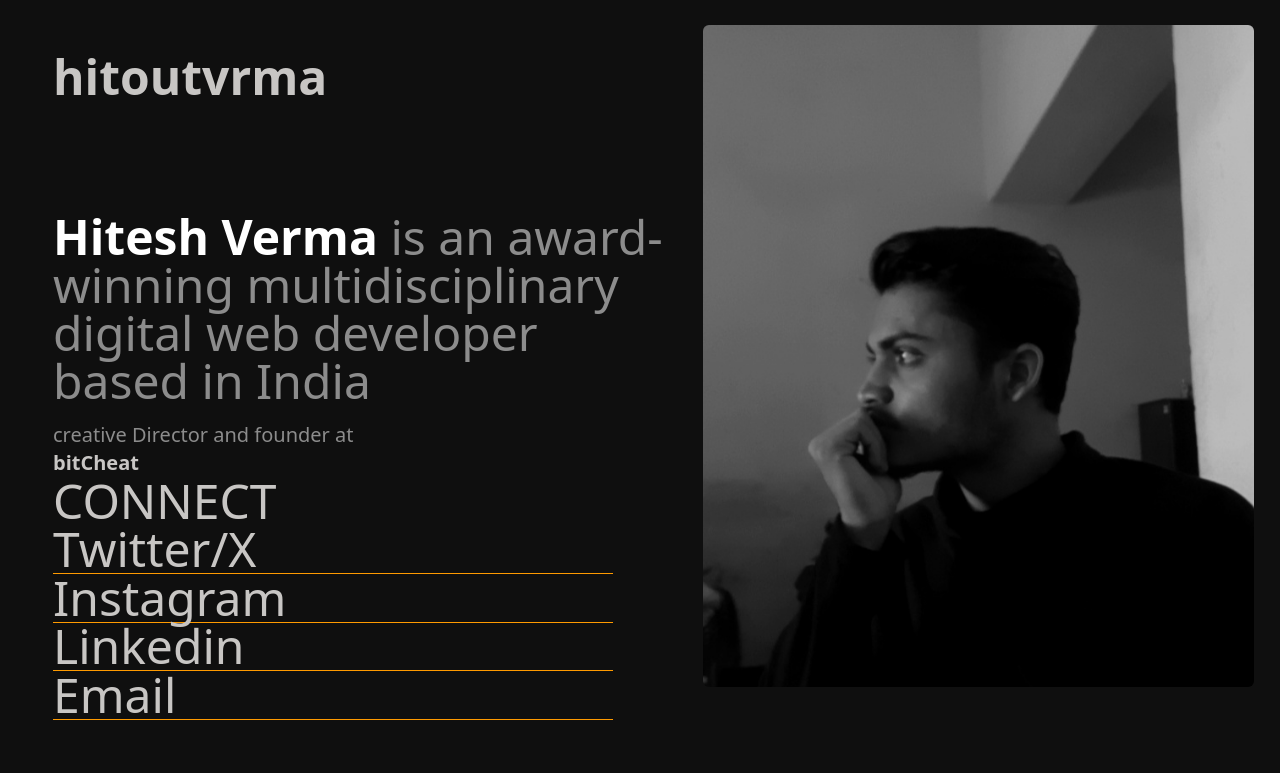
Repository: hitoutvrma/portfolio
Page: /
An editor plug-in stored every save of this project. The page is shown before and after a run of saves, followed by the edit.
The browser window is 1280 px wide. The pictures show the whole page.
The project was rebuilt for these pictures with package versions that can differ from the ones it lists, and the page was loaded fresh each time. Also part of the build but not shown: vite.config.js.

Above is the page before, as saved 2025-03-07 01:15:10.

After the next 2 saves:
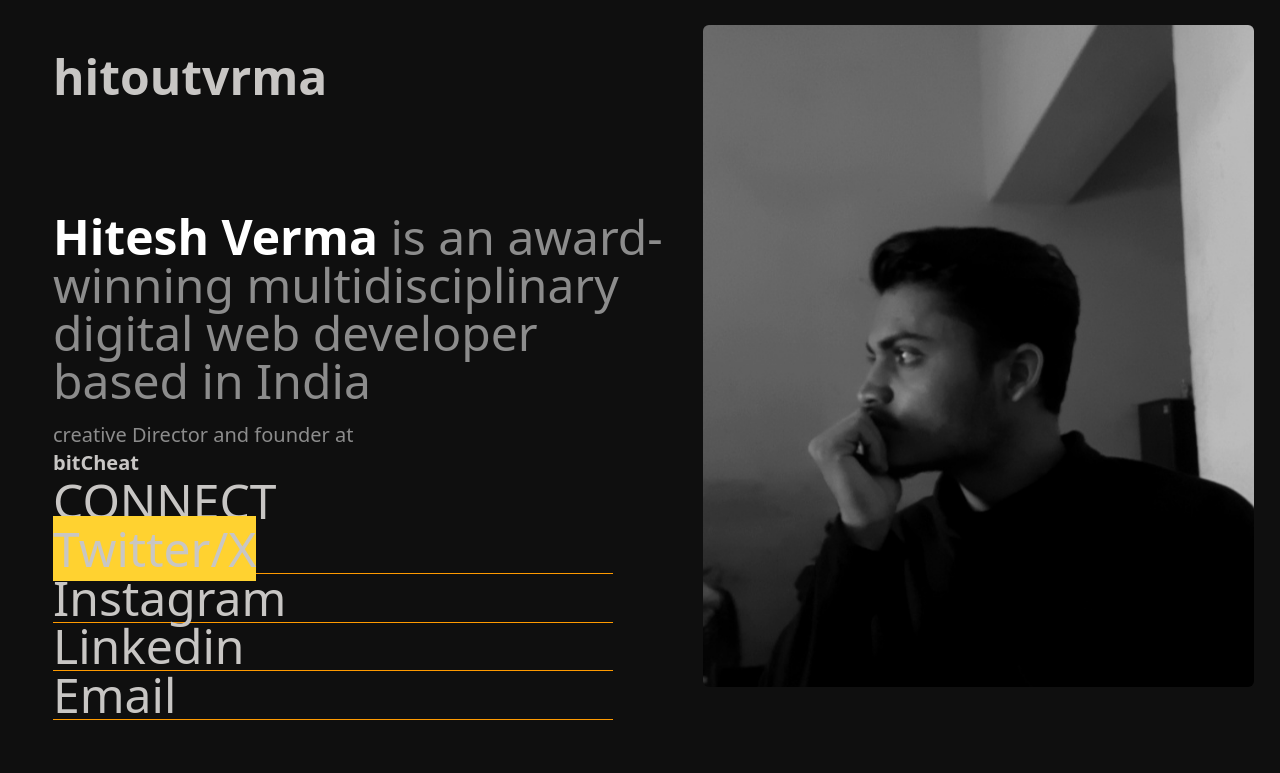
The 2 saves are shown as one change because they came seconds apart.
The last was saved 8 s later.
--- a/src/App.jsx
+++ b/src/App.jsx
@@ -14,7 +14,7 @@ function App() {
         </div>
         <div className=''>
           <p>CONNECT</p>
-          <span className='w-full'>Twitter/X</span>
+          <span className='w-full bg-amber-300'>Twitter/X</span>
           <div className='w-[90%] h-[0.1vh] bg-amber-500'></div>
           <p>Instagram</p>
           <div className='w-[90%] h-[0.1vh] bg-amber-500'></div>
